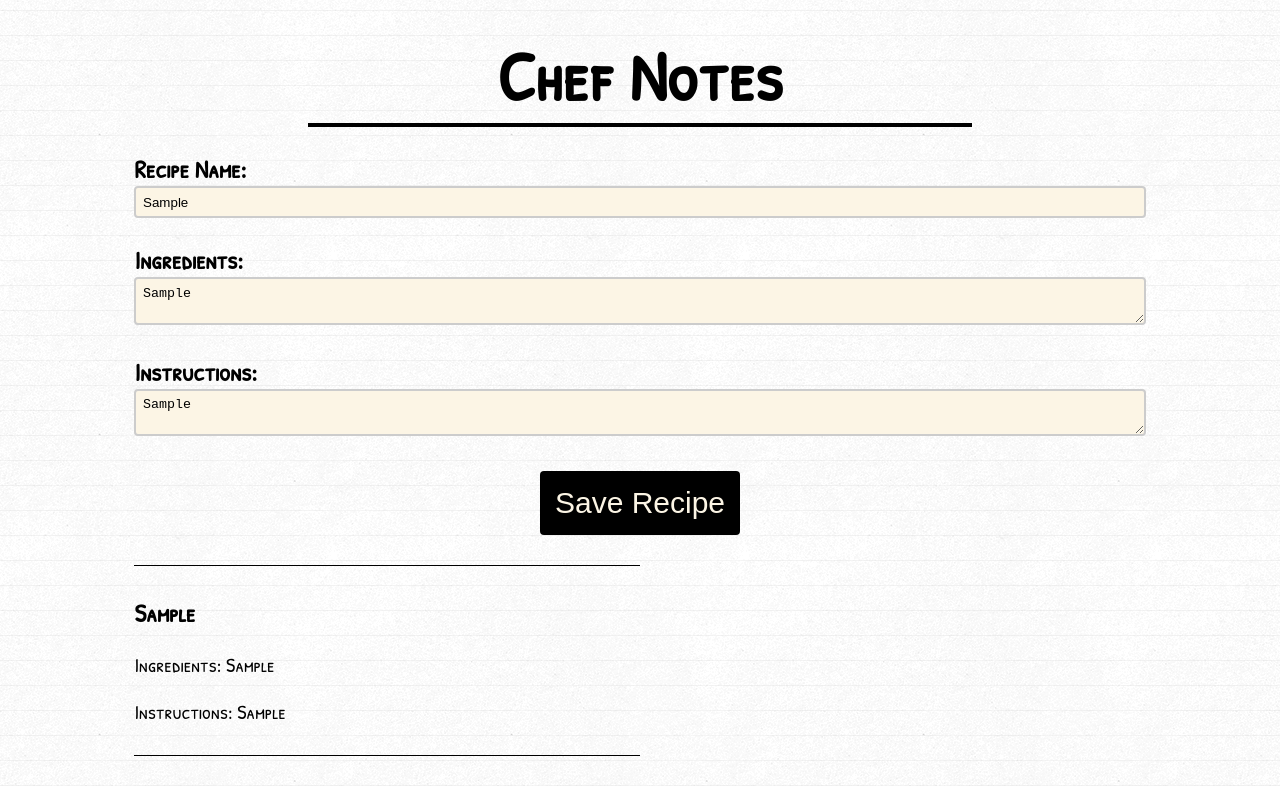
Repository: Chadloswald/RecipeSite
Page: index.html
These files come from the project's save history. The page is drawn as it stood at one moment and after the next save; the edit follows.
The browser window is 1280 px wide. The pictures show the whole page.
Empty fields were first filled with sample values (such as "Sample", 5 or name@example.com).
After loading, the first visible `#saveButton` was clicked once.

Above is the page before, as saved 2023-04-03 21:14:37.

### index.html
<!DOCTYPE html>
<html lang="en">
  <head>
    <meta charset="UTF-8">
    <title>ChefNotes</title>
    <style type="text/css">
      /* body {
      background-color: rgb(0,0,0);
      background-image: url(http://www.zingerbugimages.com/backgrounds/parchment_paper_wallpaper_texture_seamless.jpg);
      background-position: top left;
      background-repeat: repeat;
      background-attachment: fixed;
    } */
    </style>
    <link rel="stylesheet" href="style.css">
  </head>
  <body>
    <!-- <div id="corner-border"></div> -->
    <h1>Chef Notes</h1>
    <form>
      <label for="name">Recipe Name:</label>
      <input type="text" id="name" name="name">
      <br>
      <label for="ingredients">Ingredients:</label>
      <textarea id="ingredients" name="ingredients"></textarea>
      <br>
      <label for="instructions">Instructions:</label>
      <textarea id="instructions" name="instructions"></textarea>
      <br>
      <button id="saveButton" type="button">Save Recipe</button>
    </form>
    <div id="recipe-list">
      <!-- recipe-line div -->
      <div class="recipe-line"></div>
    <div id="list"></div>
    </div>
    <script src="scripts.js"></script>
  </body>
</html>

### style.css
@font-face {
  font-family: 'Patrick Hand';
  src: url('PatrickHandSC-Regular.ttf') format('truetype');
}
body {
  font-family: 'Patrick Hand', cursive;
  margin-top: 30px 0px 0px 0px;
  padding: 0;
  background-image: url("lined-paper-2.png");
 /* background-color: #FCF5E5;
  */
 /* border: 1px solid black;
  */
}
h1 {
  text-align: center;
  padding: 20px 0 0 0;
  border-bottom: 4px solid black;
  margin: 0 300px;
  font-size: 70px;
}
/* @media (max-width: 600px) {
  h1 {
    font-size: xx-large;
    }
    label {
      font-size: larger;
    }
} */
form {
  width: 80%;
  margin: 0 auto;
}
label {
  display: block;
  font-weight: bold;
  margin-top: 1em;
  font-size: 25px;
}
input[type="text"], textarea {
  background-color: #FCF5E5;
  width: 100%;
  box-sizing: border-box;
  padding: 0.5em;
  border: 2px solid #ccc;
  border-radius: 4px;
}
button {
  display: block;
  margin: 1em auto;
  padding: 0.5em;
  border-radius: 4px;
  background-color: black;
  color: #FCF5E5;
  font-size: 30px;
  border: none;
  cursor: pointer;
}
button:hover {
  background-color: #ADD8E6;
  color: black;
}
#recipe-list {
  width: 80%;
  margin: 1em auto;
  font-size: 25px;
}
h2 {
  font-size: 25px;
}
p {
  font-size: 20px;
}
.recipe-line {
	height: 1px;
	background-color: black;
	position: relative;
	margin-top: 30px;
	margin-bottom: 30px;
	left: 0;
	width: 50%;
}

### scripts.js
document.addEventListener('DOMContentLoaded', function() { //Adds the event listener that waits for site to load before executing the function
  const save = document.getElementById('saveButton'); //The Save Button
  const nameInput = document.getElementById('name'); //The "Name" form
  const ingredientsInput = document.getElementById('ingredients'); //The "Ingredients" form
  const instructionsInput = document.getElementById('instructions'); //The "Instructions" form
  const recipeList = document.getElementById('list'); //The place where your recipes save when you hit the "Save Button"

  save.addEventListener('click', function() { //Adds the event listener to the Save button, listens for a "click"
      const name = nameInput.value; //Gets the value that was put into the "Name" form
      const ingredients = ingredientsInput.value; //Gets the value that was put into the "Ingredients" form
      const instructions = instructionsInput.value; //Gets the value that was put into the "Instructions" form

      const recipe = document.createElement('div'); //Creating a recipe "container" using a div tag
      const recipeName = document.createElement('h2'); //Takes the "name" element and puts it in the recipe container as an h2
      const recipeIngredients = document.createElement('p'); //Takes the "ingredients" element and puts it in the recipe container as an p
      const recipeInstructions = document.createElement('p'); //Takes the "instructions" element and puts it in the recipe container as an p
      const recipeLine = document.createElement('div'); //Creates a div element for the recipe-line
      recipeLine.classList.add('recipe-line'); //Adds the recipe-line class to the div element

      recipeName.innerText = name; //Populates the "recipeName" element with the value of the "name" element
      recipeIngredients.innerText = `Ingredients: ${ingredients}`; //Populates the "recipeIngredients" element with all the strings in the "ingredients" element
      recipeInstructions.innerText = `Instructions: ${instructions}`; //Populates the "recipeInstructions" element with all the strings in the "instructions" element

      recipe.appendChild(recipeName); //These 3 lines add "recipeName" "recipeIngredients" and "recipeInstructions" of the recipe doc
      recipe.appendChild(recipeIngredients);
      recipe.appendChild(recipeInstructions);
      recipe.appendChild(recipeLine); //Appends the recipe-line to the recipe container

      recipeList.appendChild(recipe); //Sets the "recipe" as a child of the "recipeList" - Causes each "recipe" to display in the "recipeList"
  });
});

After the next save:
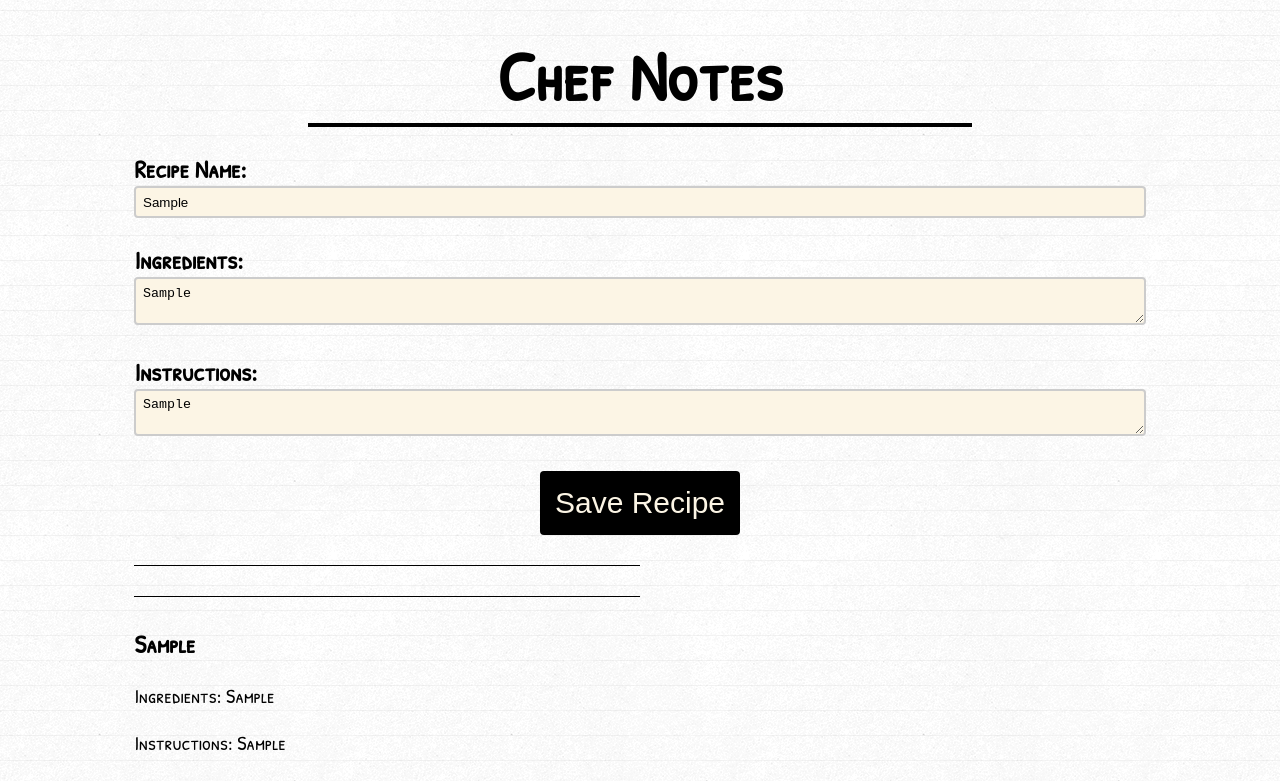
Saved 2 min 25 s later.
--- a/scripts.js
+++ b/scripts.js
@@ -1,31 +1,34 @@
-document.addEventListener('DOMContentLoaded', function() { //Adds the event listener that waits for site to load before executing the function
-  const save = document.getElementById('saveButton'); //The Save Button
-  const nameInput = document.getElementById('name'); //The "Name" form
-  const ingredientsInput = document.getElementById('ingredients'); //The "Ingredients" form
-  const instructionsInput = document.getElementById('instructions'); //The "Instructions" form
-  const recipeList = document.getElementById('list'); //The place where your recipes save when you hit the "Save Button"
+document.addEventListener('DOMContentLoaded', function() {
+  const save = document.getElementById('saveButton');
+  const nameInput = document.getElementById('name');
+  const ingredientsInput = document.getElementById('ingredients');
+  const instructionsInput = document.getElementById('instructions');
+  const recipeList = document.getElementById('list');
 
-  save.addEventListener('click', function() { //Adds the event listener to the Save button, listens for a "click"
-      const name = nameInput.value; //Gets the value that was put into the "Name" form
-      const ingredients = ingredientsInput.value; //Gets the value that was put into the "Ingredients" form
-      const instructions = instructionsInput.value; //Gets the value that was put into the "Instructions" form
+  save.addEventListener('click', function() {
+    const name = nameInput.value;
+    const ingredients = ingredientsInput.value;
+    const instructions = instructionsInput.value;
 
-      const recipe = document.createElement('div'); //Creating a recipe "container" using a div tag
-      const recipeName = document.createElement('h2'); //Takes the "name" element and puts it in the recipe container as an h2
-      const recipeIngredients = document.createElement('p'); //Takes the "ingredients" element and puts it in the recipe container as an p
-      const recipeInstructions = document.createElement('p'); //Takes the "instructions" element and puts it in the recipe container as an p
-      const recipeLine = document.createElement('div'); //Creates a div element for the recipe-line
-      recipeLine.classList.add('recipe-line'); //Adds the recipe-line class to the div element
+    const recipe = document.createElement('div');
+    const recipeName = document.createElement('h2');
+    const recipeIngredients = document.createElement('p');
+    const recipeInstructions = document.createElement('p');
+    const recipeLine = document.createElement('div');
 
-      recipeName.innerText = name; //Populates the "recipeName" element with the value of the "name" element
-      recipeIngredients.innerText = `Ingredients: ${ingredients}`; //Populates the "recipeIngredients" element with all the strings in the "ingredients" element
-      recipeInstructions.innerText = `Instructions: ${instructions}`; //Populates the "recipeInstructions" element with all the strings in the "instructions" element
+    recipeLine.classList.add('recipe-line');
+    recipe.appendChild(recipeLine);
 
-      recipe.appendChild(recipeName); //These 3 lines add "recipeName" "recipeIngredients" and "recipeInstructions" of the recipe doc
-      recipe.appendChild(recipeIngredients);
-      recipe.appendChild(recipeInstructions);
-      recipe.appendChild(recipeLine); //Appends the recipe-line to the recipe container
+    recipeName.innerText = name;
+    recipeIngredients.innerText = `Ingredients: ${ingredients}`;
+    recipeInstructions.innerText = `Instructions: ${instructions}`;
 
-      recipeList.appendChild(recipe); //Sets the "recipe" as a child of the "recipeList" - Causes each "recipe" to display in the "recipeList"
+    recipe.appendChild(recipeName);
+    recipe.appendChild(recipeIngredients);
+    recipe.appendChild(recipeInstructions);
+
+    recipeList.appendChild(recipe);
+
+    recipeLine.style.display = 'block';
   });
 });
